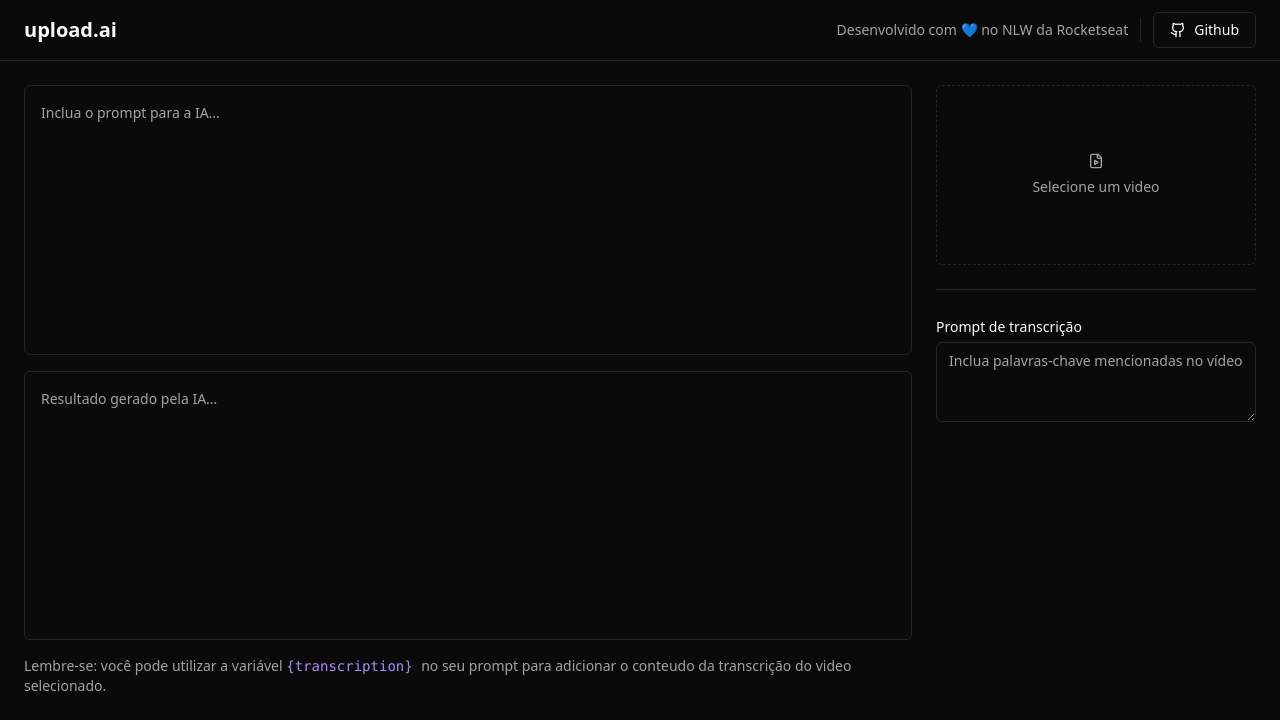
Repository: ricardolimati/upload-ai-web
Page: /
An editor plug-in stored every save of this project. The page is shown before and after the next save, followed by the edit.
The browser window is 1280 px wide. The pictures show the whole page.
The project was rebuilt for these pictures with package versions that can differ from the ones it lists, and the page was loaded fresh each time. Also part of the build but not shown: vite.config.ts.

Above is the page before, as saved 2023-09-11 23:55:31.

### src/App.tsx
import {Github, FileVideo} from 'lucide-react'
import { Button } from "./components/ui/button";
import { Separator } from './components/ui/separator';
import { Textarea } from './components/ui/textarea';
import { Label } from './components/ui/label';

export function App() {
  return(
   <div className="min-h-screen flex flex-col">
    <div className="px-6 py-3 flex items-center justify-between border-b">
      <h1 className="text-xl font-bold">upload.ai</h1>
      <div className="flex items-center gap-3">
        <span className="text-sm text-muted-foreground">
          Desenvolvido com 💙 no NLW da Rocketseat</span>
          <Separator orientation='vertical' className='h-6' />
        <Button variant="outline">
          <Github className="w-4 h-4 mr-2" />Github
        </Button>
      </div>
    </div>

    <main className="flex-1 p-6 flex gap-6">
      <div className="flex flex-col flex-1 gap-4">
        <div className="grid grid-rows-2 gap-4 flex-1">
          <Textarea
          className="resize-none p-4 leading-relaxed"
          placeholder="Inclua o prompt para a IA..."
          />
          <Textarea
          className="resize-none p-4 leading-relaxed"
          placeholder="Resultado gerado pela IA..."
          readOnly
           />
        </div>

        <p className="text-sm text-muted-foreground">
          Lembre-se: você pode utilizar a variável <code className="text-violet-400">{'{transcription}'} </code>
           no seu prompt para adicionar o conteudo da transcrição
          do video selecionado.</p>
      </div>
      <aside className="w-80 space-y-6">
        <form className="space-y-6" action="" method="post">
          <label
          htmlFor="video"
          className="border flex rounded-md aspect-video cursor-pointer border-dashed text-sm flex-col gap-2 items-center justify-center text-muted-foreground hover:bg-primary/5"
          >
            <FileVideo className="w-4 h-4" />
            Selecione um video
          </label>
          <input type="file" id="video" accept="video/mp4" className="sr-only"/>
          <Separator />
          <div className="space-y-1">
            <Label htmlFor="transcription_prompt">Prompt de transcrição</Label>
            <Textarea
            id="transcription_prompt"
            className="min-h-20 leading-relaxe"
            placeholder="Inclua palavras-chave mencionadas no vídeo "
            />
          </div>
        </form>
      </aside>
    </main>
   </div>
  )
}

### src/index.css
@tailwind base;
@tailwind components;
@tailwind utilities;

@layer base {
  :root {
    --background: 0 0% 3.9%;
    --foreground: 0 0% 98%;
    --card: 0 0% 3.9%;
    --card-foreground: 0 0% 98%;
    --popover: 0 0% 3.9%;
    --popover-foreground: 0 0% 98%;
    --primary: 0 72.2% 50.6%;
    --primary-foreground: 0 85.7% 97.3%;
    --secondary: 0 0% 14.9%;
    --secondary-foreground: 0 0% 98%;
    --muted: 0 0% 14.9%;
    --muted-foreground: 0 0% 63.9%;
    --accent: 0 0% 14.9%;
    --accent-foreground: 0 0% 98%;
    --destructive: 0 62.8% 30.6%;
    --destructive-foreground: 0 0% 98%;
    --border: 0 0% 14.9%;
    --input: 0 0% 14.9%;
    --ring: 0 72.2% 50.6%;

    --radius: 0.5rem;
  }
}

@layer base {
  * {
    @apply border-border;
  }
  body {
    @apply bg-background text-foreground;
  }
}

### src/components/ui/button.tsx
import * as React from "react"
import { Slot } from "@radix-ui/react-slot"
import { cva, type VariantProps } from "class-variance-authority"

import { cn } from "@/lib/utils"

const buttonVariants = cva(
  "inline-flex items-center justify-center rounded-md text-sm font-medium transition-colors focus-visible:outline-none focus-visible:ring-1 focus-visible:ring-ring disabled:pointer-events-none disabled:opacity-50",
  {
    variants: {
      variant: {
        default:
          "bg-primary text-primary-foreground shadow hover:bg-primary/90",
        destructive:
          "bg-destructive text-destructive-foreground shadow-sm hover:bg-destructive/90",
        outline:
          "border border-input bg-transparent shadow-sm hover:bg-accent hover:text-accent-foreground",
        secondary:
          "bg-secondary text-secondary-foreground shadow-sm hover:bg-secondary/80",
        ghost: "hover:bg-accent hover:text-accent-foreground",
        link: "text-primary underline-offset-4 hover:underline",
      },
      size: {
        default: "h-9 px-4 py-2",
        sm: "h-8 rounded-md px-3 text-xs",
        lg: "h-10 rounded-md px-8",
        icon: "h-9 w-9",
      },
    },
    defaultVariants: {
      variant: "default",
      size: "default",
    },
  }
)

export interface ButtonProps
  extends React.ButtonHTMLAttributes<HTMLButtonElement>,
    VariantProps<typeof buttonVariants> {
  asChild?: boolean
}

const Button = React.forwardRef<HTMLButtonElement, ButtonProps>(
  ({ className, variant, size, asChild = false, ...props }, ref) => {
    const Comp = asChild ? Slot : "button"
    return (
      <Comp
        className={cn(buttonVariants({ variant, size, className }))}
        ref={ref}
        {...props}
      />
    )
  }
)
Button.displayName = "Button"

export { Button, buttonVariants }

### src/components/ui/separator.tsx
import * as React from "react"
import * as SeparatorPrimitive from "@radix-ui/react-separator"

import { cn } from "@/lib/utils"

const Separator = React.forwardRef<
  React.ElementRef<typeof SeparatorPrimitive.Root>,
  React.ComponentPropsWithoutRef<typeof SeparatorPrimitive.Root>
>(
  (
    { className, orientation = "horizontal", decorative = true, ...props },
    ref
  ) => (
    <SeparatorPrimitive.Root
      ref={ref}
      decorative={decorative}
      orientation={orientation}
      className={cn(
        "shrink-0 bg-border",
        orientation === "horizontal" ? "h-[1px] w-full" : "h-full w-[1px]",
        className
      )}
      {...props}
    />
  )
)
Separator.displayName = SeparatorPrimitive.Root.displayName

export { Separator }

### src/components/ui/textarea.tsx
import * as React from "react"

import { cn } from "@/lib/utils"

export interface TextareaProps
  extends React.TextareaHTMLAttributes<HTMLTextAreaElement> {}

const Textarea = React.forwardRef<HTMLTextAreaElement, TextareaProps>(
  ({ className, ...props }, ref) => {
    return (
      <textarea
        className={cn(
          "flex min-h-[60px] w-full rounded-md border border-input bg-transparent px-3 py-2 text-sm shadow-sm placeholder:text-muted-foreground focus-visible:outline-none focus-visible:ring-1 focus-visible:ring-ring disabled:cursor-not-allowed disabled:opacity-50",
          className
        )}
        ref={ref}
        {...props}
      />
    )
  }
)
Textarea.displayName = "Textarea"

export { Textarea }

### src/components/ui/label.tsx
import * as React from "react"
import * as LabelPrimitive from "@radix-ui/react-label"
import { cva, type VariantProps } from "class-variance-authority"

import { cn } from "@/lib/utils"

const labelVariants = cva(
  "text-sm font-medium leading-none peer-disabled:cursor-not-allowed peer-disabled:opacity-70"
)

const Label = React.forwardRef<
  React.ElementRef<typeof LabelPrimitive.Root>,
  React.ComponentPropsWithoutRef<typeof LabelPrimitive.Root> &
    VariantProps<typeof labelVariants>
>(({ className, ...props }, ref) => (
  <LabelPrimitive.Root
    ref={ref}
    className={cn(labelVariants(), className)}
    {...props}
  />
))
Label.displayName = LabelPrimitive.Root.displayName

export { Label }

Loaded but not shown: index.html (common file); src/main.tsx (common file); src/lib/utils.ts (common file); tailwind.config.js (common file)

After the next save:
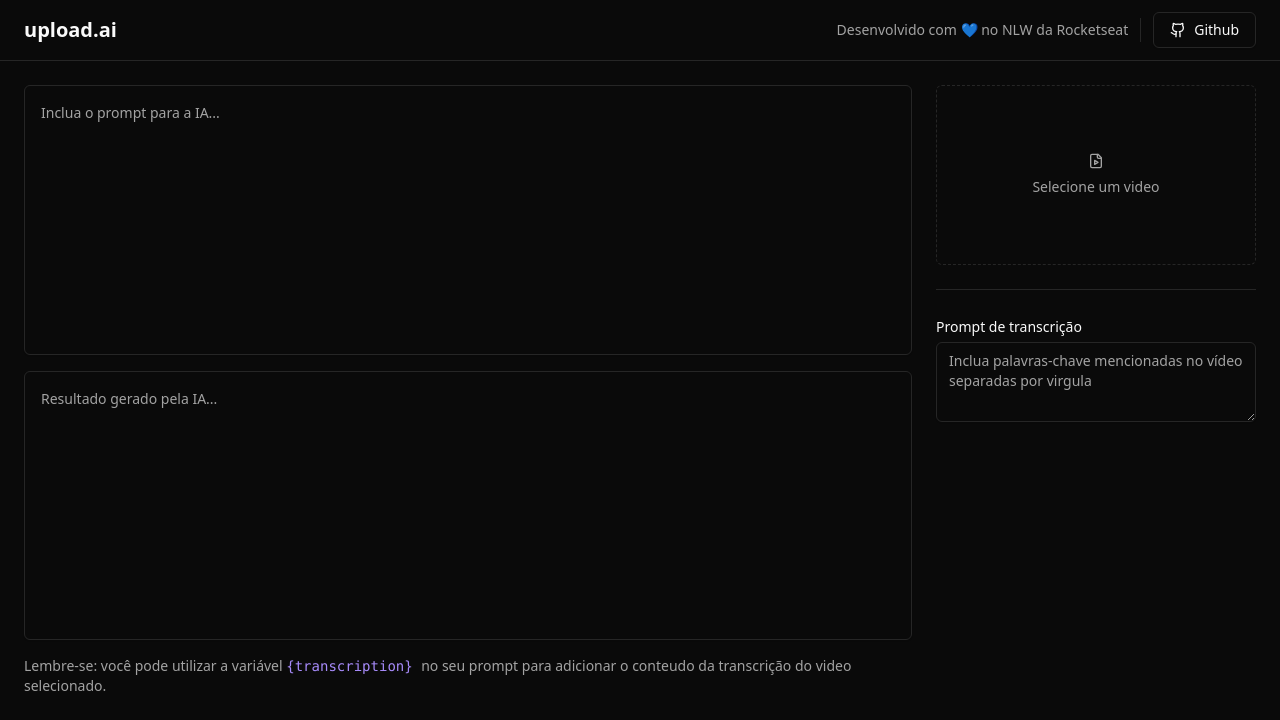
Saved 6 s later.
--- a/src/App.tsx
+++ b/src/App.tsx
@@ -54,7 +54,7 @@ export function App() {
             <Textarea
             id="transcription_prompt"
             className="min-h-20 leading-relaxe"
-            placeholder="Inclua palavras-chave mencionadas no vídeo "
+            placeholder="Inclua palavras-chave mencionadas no vídeo separadas por virgula"
             />
           </div>
         </form>
